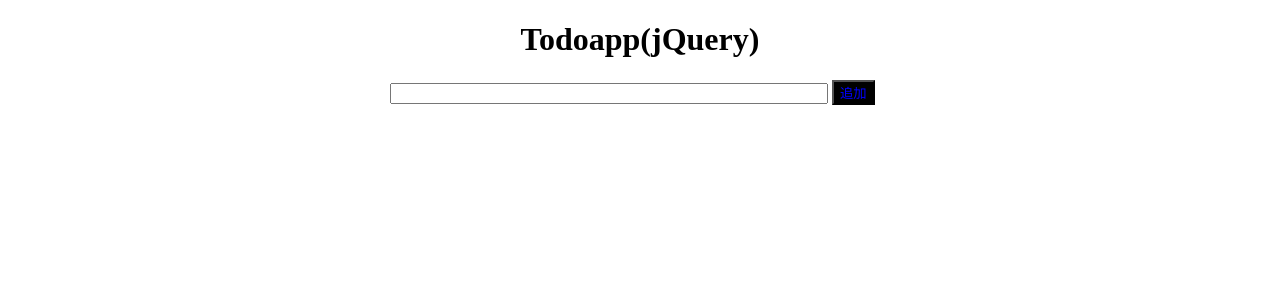
Repository: shinyahayashi1103/Todoapp-jQuery
Page: index.html
The author's editor kept a record of every edit. The page is drawn from the files as they stood at one moment, then again after the next edit.
The browser window is 1280 px wide. The pictures show the whole page.

Above is the page before.

After the next edit:
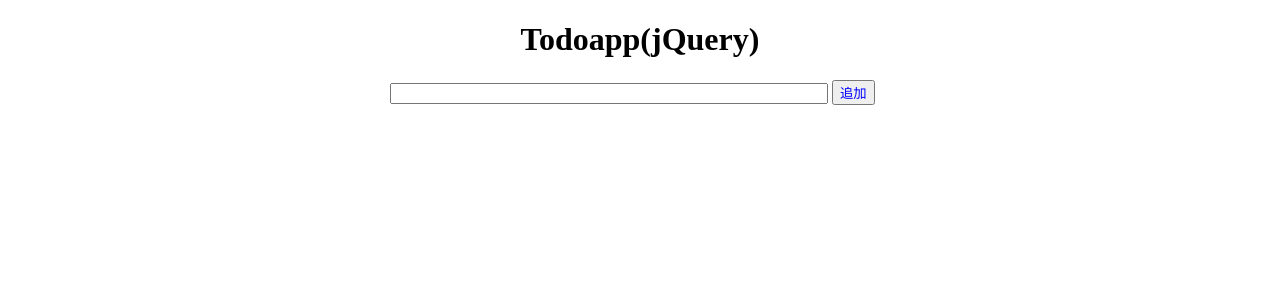
The edit:
--- a/style.css
+++ b/style.css
@@ -22,9 +22,6 @@
     list-style-type: none;
 }
 
-#add-buton{
-    background-color: black;
-}
 
 .item{
     padding:10px;
